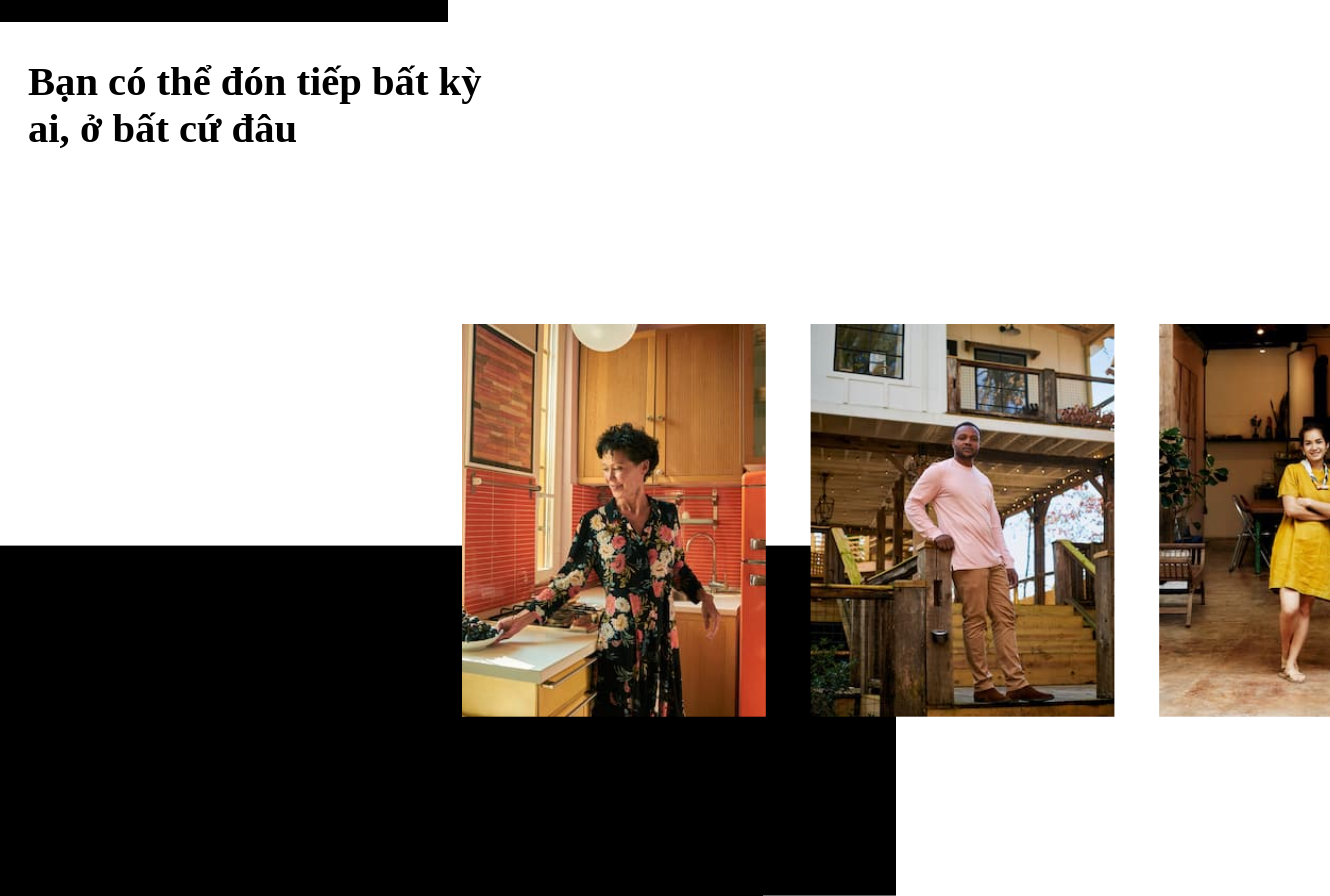
Repository: HoanTiny/AirbnbClone
Page: page3.html
The author's editor kept a copy of each file at every save. The page is drawn from the files as they stood at one save, then again after the next save.
The browser window is 1280 px wide. The page is 1900 px wide, so the pictures cover 1900 px, including what lies to the right of the window. The pictures show the part of the page from y = 688 to 1968 px (the page is 1968 px tall), at 70% of full size.
Pictures or frames that could not be fetched are drawn as grey boxes. An inner scrolling area shows only its first screen.

Above is the page before, as saved 2021-09-13 11:14:47.

### page3.html
<!DOCTYPE html>
<html lang="en">
    <head>
        <meta charset="UTF-8" />
        <meta http-equiv="X-UA-Compatible" content="IE=edge" />
        <meta name="viewport" content="width=device-width, initial-scale=1.0" />
        <link rel="stylesheet" href="./acess/css/mainpage3.css" />
        <link rel="stylesheet" href="./acess/css/gird.css" />
        <link rel="stylesheet" href="./acess/css/base.css" />
        <link rel="stylesheet" href="./acess/css/reponsive.css" />
        <link
            rel="stylesheet"
            href="./acess/font/fontawesome-free-5.15.3-web/css/all.min.css"
        />
        <title>Cho thuê nhà</title>
    </head>
    <body>
        <div class="app-p3">
            <div class="banner">
                <div class="banner__left">
                    <div class="banner__left-img">
                        <svg
                            width="30"
                            height="32"
                            fill="currentcolor"
                            color="#fff"
                            style="display: block"
                        >
                            <path
                                d="M29.24 22.68c-.16-.39-.31-.8-.47-1.15l-.74-1.67-.03-.03c-2.2-4.8-4.55-9.68-7.04-14.48l-.1-.2c-.25-.47-.5-.99-.76-1.47-.32-.57-.63-1.18-1.14-1.76a5.3 5.3 0 00-8.2 0c-.47.58-.82 1.19-1.14 1.76-.25.52-.5 1.03-.76 1.5l-.1.2c-2.45 4.8-4.84 9.68-7.04 14.48l-.06.06c-.22.52-.48 1.06-.73 1.64-.16.35-.32.73-.48 1.15a6.8 6.8 0 007.2 9.23 8.38 8.38 0 003.18-1.1c1.3-.73 2.55-1.79 3.95-3.32 1.4 1.53 2.68 2.59 3.95 3.33A8.38 8.38 0 0022.75 32a6.79 6.79 0 006.75-5.83 5.94 5.94 0 00-.26-3.5zm-14.36 1.66c-1.72-2.2-2.84-4.22-3.22-5.95a5.2 5.2 0 01-.1-1.96c.07-.51.26-.96.52-1.34.6-.87 1.65-1.41 2.8-1.41a3.3 3.3 0 012.8 1.4c.26.4.45.84.51 1.35.1.58.06 1.25-.1 1.96-.38 1.7-1.5 3.74-3.21 5.95zm12.74 1.48a4.76 4.76 0 01-2.9 3.75c-.76.32-1.6.41-2.42.32-.8-.1-1.6-.36-2.42-.84a15.64 15.64 0 01-3.63-3.1c2.1-2.6 3.37-4.97 3.85-7.08.23-1 .26-1.9.16-2.73a5.53 5.53 0 00-.86-2.2 5.36 5.36 0 00-4.49-2.28c-1.85 0-3.5.86-4.5 2.27a5.18 5.18 0 00-.85 2.21c-.13.84-.1 1.77.16 2.73.48 2.11 1.78 4.51 3.85 7.1a14.33 14.33 0 01-3.63 3.12c-.83.48-1.62.73-2.42.83a4.76 4.76 0 01-5.32-4.07c-.1-.8-.03-1.6.29-2.5.1-.32.25-.64.41-1.02.22-.52.48-1.06.73-1.6l.04-.07c2.16-4.77 4.52-9.64 6.97-14.41l.1-.2c.25-.48.5-.99.76-1.47.26-.51.54-1 .9-1.4a3.32 3.32 0 015.09 0c.35.4.64.89.9 1.4.25.48.5 1 .76 1.47l.1.2c2.44 4.77 4.8 9.64 7 14.41l.03.03c.26.52.48 1.1.73 1.6.16.39.32.7.42 1.03.19.9.29 1.7.19 2.5z"
                            ></path>
                        </svg>
                    </div>
                    <div class="banner__left-conttent">
                        <h1 class="banner__left-heading">
                            Đón tiếp khách làm nên linh hồn của Airbnb
                        </h1>
                        <button class="banner__left-btn">
                            Thử đón tiếp khách
                        </button>
                    </div>
                    <i class="fas fa-chevron-down banner__left-icon"></i>
                </div>
                <div class="banner-right">
                    <video
                        id="video"
                        src="./acess/img/Cho thuê nhà trên Airbnb.webm"
                        class="banner__right-video"
                        autoplay
                        crossorigin="anonymous"
                        playsinline
                        preload="auto"
                        aria-label="Chelsea, Chủ nhà ở Philadelphia, mỉm cười khi mở cửa. Soraya, Chủ nhà ở Mumbai, mỉm cười khi mở cửa trước cùng một người khác ở bên cạnh. Mohamed, Chủ nhà ở Johannesburg, mỉm cười khi mở cửa. Maria, Chủ nhà ở Mexico City, gật đầu mỉm cười khi mang cây đi."
                    ></video>
                </div>
            </div>
            <div class="content">
                <div class="content__heading">
                    <div class="grid wide">
                        <h2 class="content__heading-top">
                            Bạn có thể đón tiếp bất kỳ ai, ở bất cứ đâu
                        </h2>
                    </div>
                    <div class="grid wide">
                        <div class="content__home">
                            <div class="home__img">
                                <img src="./acess/img/home-p3.jpg" class="img content__home-img"></img>
                                <p class="home__img-text">Việc cho thuê căn hộ studio đã làm thay đổi cuộc sống của tôi và mang đến cho tôi những trải nghiệm và con người đáng nhớ.</p>
                            </div>
                            <div class="home__img">
                                <img src="./acess/img/home-p3-2.jpg" class="img content__home-img"></img>
                            </div>
                            <div class="home__img">
                                <img src="./acess/img/home-p3-3.jpg" class="img content__home-img"></img>
                            </div>
                            <div class="home__img">
                                <img src="./acess/img/home-p3-4.jpg" class="img content__home-img"></img>
                            </div>
                        </div>
                    </div>
                </div>
                <div class="content__search"></div>
            </div>
        </div>
        <script>
            var videoPlayer = document.getElementById("video");
            // Auto play, half volume.
            videoPlayer.play();
            videoPlayer.volume = 0.5;

            // Play / pause.
            videoPlayer.addEventListener("click", function () {
                if (videoPlayer.paused == false) {
                    videoPlayer.pause();
                    videoPlayer.firstChild.nodeValue = "Play";
                } else {
                    videoPlayer.play();
                    videoPlayer.firstChild.nodeValue = "Pause";
                }
            });
        </script>
    </body>
</html>

### acess/css/mainpage3.css
body {
    margin: 0;
}

.banner {
    height: 100vh;
    display: flex;
    justify-content: center;
}
.banner__left {
    width: 50%;
    background-color: #000;
    position: relative;
}
.banner__left-img {
    padding: 24px;
}
.banner__left-conttent {
    display: flex;
    flex-direction: column;
    align-items: center;
    justify-content: center;
    position: absolute;
    top: 50%;
    left: 50%;
    transform: translate(-50%, -50%);
    width: fit-content;
}
.banner__left-heading {
    color: #fff;
    text-align: center;
    font-size: 6.8rem;
    line-height: 7rem;
    padding: 12px 24px;
    font-weight: 500;
}
.banner__left-btn {
    padding: 18px 32px;
    font-size: 1.8rem;
    border-radius: 12px;
    background-image: linear-gradient(
        to right,
        rgb(229, 29, 80),
        rgb(220, 14, 100)
    );
    color: var(--white-color);
    border: none;
    cursor: pointer;
}

.banner__left-icon {
    color: var(--white-color);
    position: absolute;
    bottom: 32px;
    font-size: 1.5rem;
    left: 50%;
    padding: 12px;
    margin-left: -12px;
    border-radius: 50%;
    cursor: pointer;
}

.banner__left-icon:hover {
    background-color: #999;
}

.banner-right {
    width: 50%;
}

.banner__right-video {
    object-fit: cover;
    object-position: center top;
    width: 100%;
    height: 100%;
}

.content__heading {
    position: relative;
    height: 700px;
}

.content__heading-top {
    margin-top: 48px;
    font-size: 5.8rem;
    line-height: 6.8rem;
    text-align: left;
    width: 60%;
}

.content__home {
    position: absolute;
    bottom: -35%;
    max-width: 100%;
    overflow-x: auto;
    flex-wrap: nowrap;
    display: flex;
    transform: translate(50%);
}

.content__home::-webkit-scrollbar {
    display: none;
}

.home__img {
    flex-shrink: 0;
    width: 35%;
    margin-right: 64px;
}

.content__home-img {
    width: 100%;
    height: 100%;
    object-fit: cover;
}

.content__search {
    background-color: #000;
    height: 500px;
}

### acess/css/gird.css
.grid {
    width: 100%;
    display: block;
    padding: 0;
}

.grid.wide {
    max-width: 1200px;
    margin: 0 auto;
}

.row {
    display: flex;
    flex-wrap: wrap;
    margin-left: -8px;
    margin-right: -8px;
}

.row.no-gutters {
    margin-left: 0;
    margin-right: 0;
}

.col {
    padding-left: 12px;
    padding-right: 12px;
}

.row.no-gutters .col {
    padding-left: 0;
    padding-right: 0;
}

.c-0 {
    display: none;
}

.c-1 {
    flex: 0 0 8.33333%;
    max-width: 8.33333%;
}

.c-2 {
    flex: 0 0 16.66667%;
    max-width: 16.66667%;
}

.c-3 {
    flex: 0 0 25%;
    max-width: 25%;
}

.c-4 {
    flex: 0 0 33.33333%;
    max-width: 33.33333%;
}

.c-5 {
    flex: 0 0 41.66667%;
    max-width: 41.66667%;
}

.c-6 {
    flex: 0 0 50%;
    max-width: 50%;
}

.c-7 {
    flex: 0 0 58.33333%;
    max-width: 58.33333%;
}

.c-8 {
    flex: 0 0 66.66667%;
    max-width: 66.66667%;
}

.c-9 {
    flex: 0 0 75%;
    max-width: 75%;
}

.c-10 {
    flex: 0 0 83.33333%;
    max-width: 83.33333%;
}

.c-11 {
    flex: 0 0 91.66667%;
    max-width: 91.66667%;
}

.c-12 {
    flex: 0 0 100%;
    max-width: 100%;
}

.c-o-1 {
    margin-left: 8.33333%;
}

.c-o-2 {
    margin-left: 16.66667%;
}

.c-o-3 {
    margin-left: 25%;
}

.c-o-4 {
    margin-left: 33.33333%;
}

.c-o-5 {
    margin-left: 41.66667%;
}

.c-o-6 {
    margin-left: 50%;
}

.c-o-7 {
    margin-left: 58.33333%;
}

.c-o-8 {
    margin-left: 66.66667%;
}

.c-o-9 {
    margin-left: 75%;
}

.c-o-10 {
    margin-left: 83.33333%;
}

.c-o-11 {
    margin-left: 91.66667%;
}

/* >= Tablet */
@media (min-width: 740px) {
    .row {
        margin-left: -4px;
        margin-right: -4px;
    }

    .col {
        padding-left: 4px;
        padding-right: 4px;
    }

    .m-0 {
        display: none;
    }

    .m-1,
    .m-2,
    .m-3,
    .m-4,
    .m-5,
    .m-6,
    .m-7,
    .m-8,
    .m-9,
    .m-10,
    .m-11,
    .m-12 {
        display: block;
    }

    .m-1 {
        flex: 0 0 8.33333%;
        max-width: 8.33333%;
    }

    .m-2 {
        flex: 0 0 16.66667%;
        max-width: 16.66667%;
    }

    .m-3 {
        flex: 0 0 25%;
        max-width: 25%;
    }

    .m-4 {
        flex: 0 0 33.33333%;
        max-width: 33.33333%;
    }

    .m-5 {
        flex: 0 0 41.66667%;
        max-width: 41.66667%;
    }

    .m-6 {
        flex: 0 0 50%;
        max-width: 50%;
    }

    .m-7 {
        flex: 0 0 58.33333%;
        max-width: 58.33333%;
    }

    .m-8 {
        flex: 0 0 66.66667%;
        max-width: 66.66667%;
    }

    .m-9 {
        flex: 0 0 75%;
        max-width: 75%;
    }

    .m-10 {
        flex: 0 0 83.33333%;
        max-width: 83.33333%;
    }

    .m-11 {
        flex: 0 0 91.66667%;
        max-width: 91.66667%;
    }

    .m-12 {
        flex: 0 0 100%;
        max-width: 100%;
    }

    .m-o-1 {
        margin-left: 8.33333%;
    }

    .m-o-2 {
        margin-left: 16.66667%;
    }

    .m-o-3 {
        margin-left: 25%;
    }

    .m-o-4 {
        margin-left: 33.33333%;
    }

    .m-o-5 {
        margin-left: 41.66667%;
    }

    .m-o-6 {
        margin-left: 50%;
    }

    .m-o-7 {
        margin-left: 58.33333%;
    }

    .m-o-8 {
        margin-left: 66.66667%;
    }

    .m-o-9 {
        margin-left: 75%;
    }

    .m-o-10 {
        margin-left: 83.33333%;
    }

    .m-o-11 {
        margin-left: 91.66667%;
    }
}

/* PC medium resolution > */
@media (min-width: 1113px) {
    .row {
        margin-left: -12px;
        margin-right: -12px;
    }

    .row.sm-gutter {
        margin-left: -5px;
        margin-right: -5px;
    }

    .col {
        padding-left: 12px;
        padding-right: 12px;
    }

    .row.sm-gutter .col {
        padding-left: 5px;
        padding-right: 5px;
    }

    .l-0 {
        display: none;
    }

    .l-1,
    .l-2,
    .l-2-4,
    .l-3,
    .l-4,
    .l-5,
    .l-6,
    .l-7,
    .l-8,
    .l-9,
    .l-10,
    .l-11,
    .l-12 {
        display: block;
    }

    .l-1 {
        flex: 0 0 8.33333%;
        max-width: 8.33333%;
    }

    .l-2 {
        flex: 0 0 16.66667%;
        max-width: 16.66667%;
    }

    .l-2-4 {
        flex: 0 0 20%;
        max-width: 20%;
    }

    .l-3 {
        flex: 0 0 25%;
        max-width: 25%;
    }

    .l-4 {
        flex: 0 0 33.33333%;
        max-width: 33.33333%;
    }

    .l-5 {
        flex: 0 0 41.66667%;
        max-width: 41.66667%;
    }

    .l-6 {
        flex: 0 0 50%;
        max-width: 50%;
    }

    .l-7 {
        flex: 0 0 58.33333%;
        max-width: 58.33333%;
    }

    .l-8 {
        flex: 0 0 66.66667%;
        max-width: 66.66667%;
    }

    .l-9 {
        flex: 0 0 75%;
        max-width: 75%;
    }

    .l-10 {
        flex: 0 0 83.33333%;
        max-width: 83.33333%;
    }

    .l-11 {
        flex: 0 0 91.66667%;
        max-width: 91.66667%;
    }

    .l-12 {
        flex: 0 0 100%;
        max-width: 100%;
    }

    .l-o-1 {
        margin-left: 8.33333%;
    }

    .l-o-2 {
        margin-left: 16.66667%;
    }

    .l-o-3 {
        margin-left: 25%;
    }

    .l-o-4 {
        margin-left: 33.33333%;
    }

    .l-o-5 {
        margin-left: 41.66667%;
    }

    .l-o-6 {
        margin-left: 50%;
    }

    .l-o-7 {
        margin-left: 58.33333%;
    }

    .l-o-8 {
        margin-left: 66.66667%;
    }

    .l-o-9 {
        margin-left: 75%;
    }

    .l-o-10 {
        margin-left: 83.33333%;
    }

    .l-o-11 {
        margin-left: 91.66667%;
    }
}

/* Tablet - PC low resolution */
@media (min-width: 740px) and (max-width: 1023px) {
    .wide {
        width: 644px;
    }
}

/* > PC low resolution */
@media (min-width: 1024px) and (max-width: 1239px) {
    .wide {
        width: 984px;
    }

    .wide .row {
        margin-left: -12px;
        margin-right: -12px;
    }

    .wide .row.sm-gutter {
        margin-left: -5px;
        margin-right: -5px;
    }

    .wide .col {
        padding-left: 12px;
        padding-right: 12px;
    }

    .wide .row.sm-gutter .col {
        padding-left: 5px;
        padding-right: 5px;
    }

    .wide .l-0 {
        display: none;
    }

    .wide .l-1,
    .wide .l-2,
    .wide .l-2-4,
    .wide .l-3,
    .wide .l-4,
    .wide .l-5,
    .wide .l-6,
    .wide .l-7,
    .wide .l-8,
    .wide .l-9,
    .wide .l-10,
    .wide .l-11,
    .wide .l-12 {
        display: block;
    }

    .wide .l-1 {
        flex: 0 0 8.33333%;
        max-width: 8.33333%;
    }

    .wide .l-2 {
        flex: 0 0 16.66667%;
        max-width: 16.66667%;
    }

    .wide .l-2-4 {
        flex: 0 0 20%;
        max-width: 20%;
    }

    .wide .l-3 {
        flex: 0 0 25%;
        max-width: 25%;
    }

    .wide .l-4 {
        flex: 0 0 33.33333%;
        max-width: 33.33333%;
    }

    .wide .l-5 {
        flex: 0 0 41.66667%;
        max-width: 41.66667%;
    }

    .wide .l-6 {
        flex: 0 0 50%;
        max-width: 50%;
    }

    .wide .l-7 {
        flex: 0 0 58.33333%;
        max-width: 58.33333%;
    }

    .wide .l-8 {
        flex: 0 0 66.66667%;
        max-width: 66.66667%;
    }

    .wide .l-9 {
        flex: 0 0 75%;
        max-width: 75%;
    }

    .wide .l-10 {
        flex: 0 0 83.33333%;
        max-width: 83.33333%;
    }

    .wide .l-11 {
        flex: 0 0 91.66667%;
        max-width: 91.66667%;
    }

    .wide .l-12 {
        flex: 0 0 100%;
        max-width: 100%;
    }

    .wide .l-o-1 {
        margin-left: 8.33333%;
    }

    .wide .l-o-2 {
        margin-left: 16.66667%;
    }

    .wide .l-o-3 {
        margin-left: 25%;
    }

    .wide .l-o-4 {
        margin-left: 33.33333%;
    }

    .wide .l-o-5 {
        margin-left: 41.66667%;
    }

    .wide .l-o-6 {
        margin-left: 50%;
    }

    .wide .l-o-7 {
        margin-left: 58.33333%;
    }

    .wide .l-o-8 {
        margin-left: 66.66667%;
    }

    .wide .l-o-9 {
        margin-left: 75%;
    }

    .wide .l-o-10 {
        margin-left: 83.33333%;
    }

    .wide .l-o-11 {
        margin-left: 91.66667%;
    }
}

### acess/css/base.css
:root {
    --white-color:#fff;
    --black-color: #000;
    --text-color: #333;
}

* {
    box-sizing: inherit;
}

html {
    /* font-family: Circular, -apple-system, BlinkMacSystemFont, Roboto, "Helvetica Neue", sans-serif; */
    font-family: 'Font Awesome 5 Free';
    box-sizing: border-box;
    font-size: 62.5%;
    line-height: 1.8rem;
}

### acess/css/reponsive.css
@media (min-width: 723px) and (max-width: 1023px) {
    .hold-on-mobile-tablet {
        display: none;
    }
    .background {
        background-position: unset;
    }

    .header__nav-list-tablet {
        display: flex;
    }

    .search {
        margin: 0;
    }

    .search__item:first-of-type {
        padding-left: 32px;
    }

    .search__item {
        margin: 0;
        padding: 12px;
    }

    .home__product-tablet {
        height: 140px;
        overflow: hidden;
        display: -webkit-box;
        -webkit-line-clamp: 2;
    }

    .home__category-tablet {
        display: flex;
        max-width: 100%;
        overflow-x: auto;
        flex-wrap: nowrap;
    }

    .home__category-tablet::-webkit-scrollbar {
        display: none;
    }

    .home__category-item-tablet {
        width: 33.3333%;
        flex-shrink: 0;
    }

    .footer-end {
        flex-direction: column-reverse;
    }

    .footer__end-social-list{
        display: flex;
        justify-content: center;
    }

    .footer__end-copyright-list{
        flex-wrap: wrap;
        justify-content: center;
    }

    .footer__end-copyright__item:first-of-type {
        width: 100%;
        text-align: center;
        margin-bottom: 4px;
    }

    .header__nav-scrollba-btn {
        margin-left: auto;
    }

}

@media (max-width: 723px)
{
    .hold-on-mobile {
        display: none;
    }

    .search {
        display: none;
    }
    .header__nav {
        display: none;
    }

    .header__mobile{
        display: flex;
    }

    .footer {
        text-align: center;
    }

    .home__category-tablet {
        display: flex;
        max-width: 100%;
        overflow-x: auto;
        flex-wrap: nowrap;
    }

    .home__category-tablet::-webkit-scrollbar {
        display: none;
    }

    .home__category-item-tablet {
        width: 33.3333%;
        flex-shrink: 0;
    }

    #header__nav-scrollbar {
        display: none;
    }

    .header__mobile {
        position: fixed;
        top: 0px;
        left: 0;
        right: 0;
        z-index: 12;
        align-items: center;
    }

    .header__mobile-btn {
        border: none;
        background-color: rgb(247, 247, 247);
        box-shadow: none;
        top: 20;
    }

    .web__content-heading {
        font-size: 2.2rem;
        line-height: 2.6rem;
    }

    .home__category-next {
        display: none;
    }

    .home__category-return--active {
        display: none;
    }

    .home__experience-mobile {
        display: flex;
        max-width: 100%;
        overflow-x: auto;
        flex-wrap: nowrap;
    }

    .home__experience-mobile::-webkit-scrollbar {
        display: none;
    }

    .home__experience-mobile-item {
        width: 75%;
        flex-shrink: 0;
    }

    path {
        display: none;
    }
    .search-where {
        display: block;
        position: revert;
    }

    .search-where-icon {
        display: none;
    }

    /* Page 2 */

    .home-place__item-img {
        height: 345px;
    }

    .menu-list__item {
        border: none;
    }

    .header-page2 {
        border-bottom: none;
    }

    .header__mobile-page2 {
        display: block;
    }

    .home-place {
        margin-top: 115px;
    }

}

Loaded but not shown: acess/font/fontawesome-free-5.15.3-web/css/all.min.css (library)

After the next save:
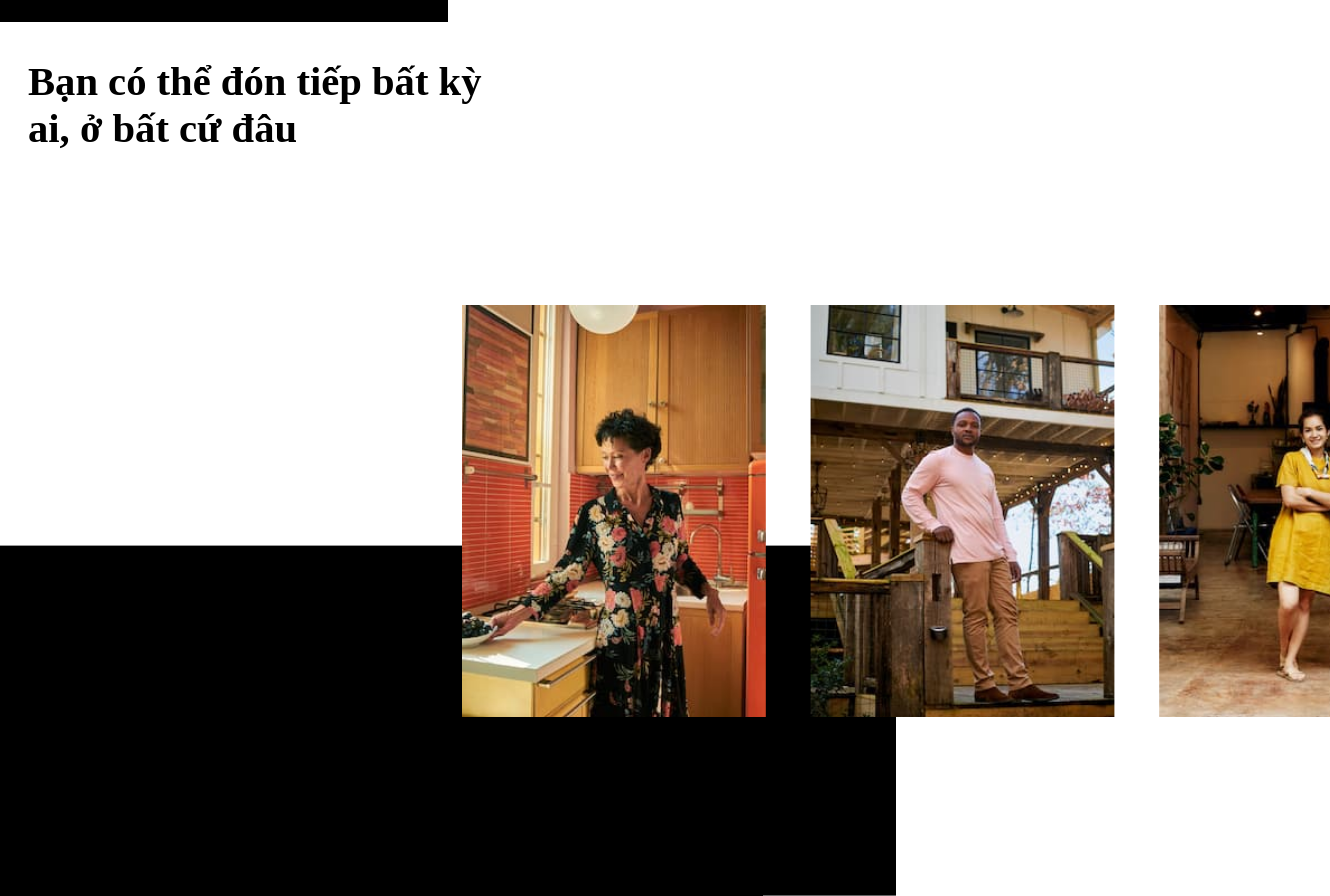
Saved 78 s later.
--- a/page3.html
+++ b/page3.html
@@ -66,6 +66,7 @@
                             <div class="home__img">
                                 <img src="./acess/img/home-p3.jpg" class="img content__home-img"></img>
                                 <p class="home__img-text">Việc cho thuê căn hộ studio đã làm thay đổi cuộc sống của tôi và mang đến cho tôi những trải nghiệm và con người đáng nhớ.</p>
+                                <p class="home__img-text-e">Hoàn</p>
                             </div>
                             <div class="home__img">
                                 <img src="./acess/img/home-p3-2.jpg" class="img content__home-img"></img>
